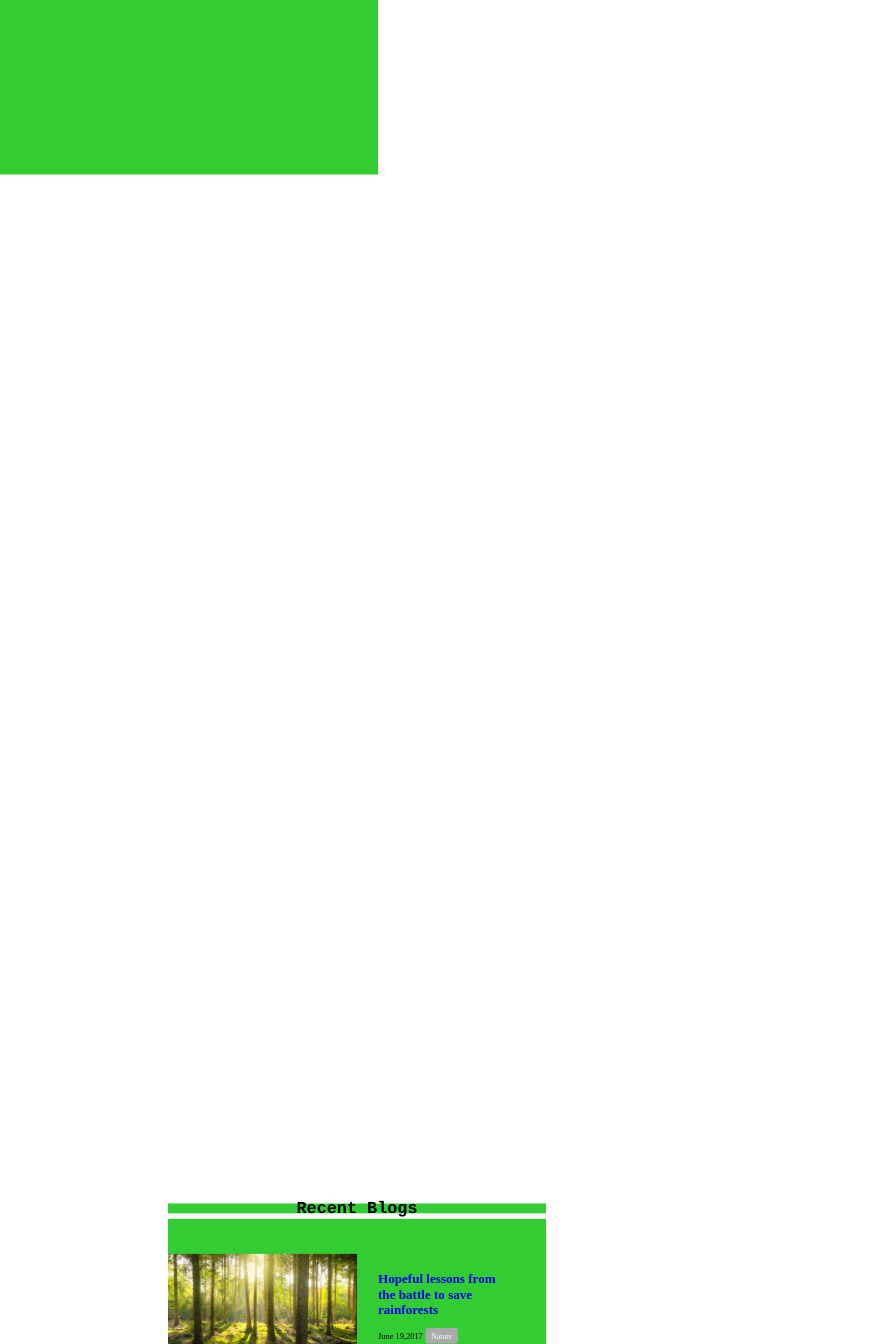
Repository: wakasugisatoi/git
Page: caravan/index2.html
The author's editor kept a record of every edit. The page is drawn from the files as they stood at one moment, then again after the next edit.
The browser window is 1280 px wide. The pictures show the part of the page from y = 1555 to 3475 px (the page is 6265 px tall), at 70% of full size.
Some web libraries are served in a nearby version.

Above is the page before.

After the next edit:
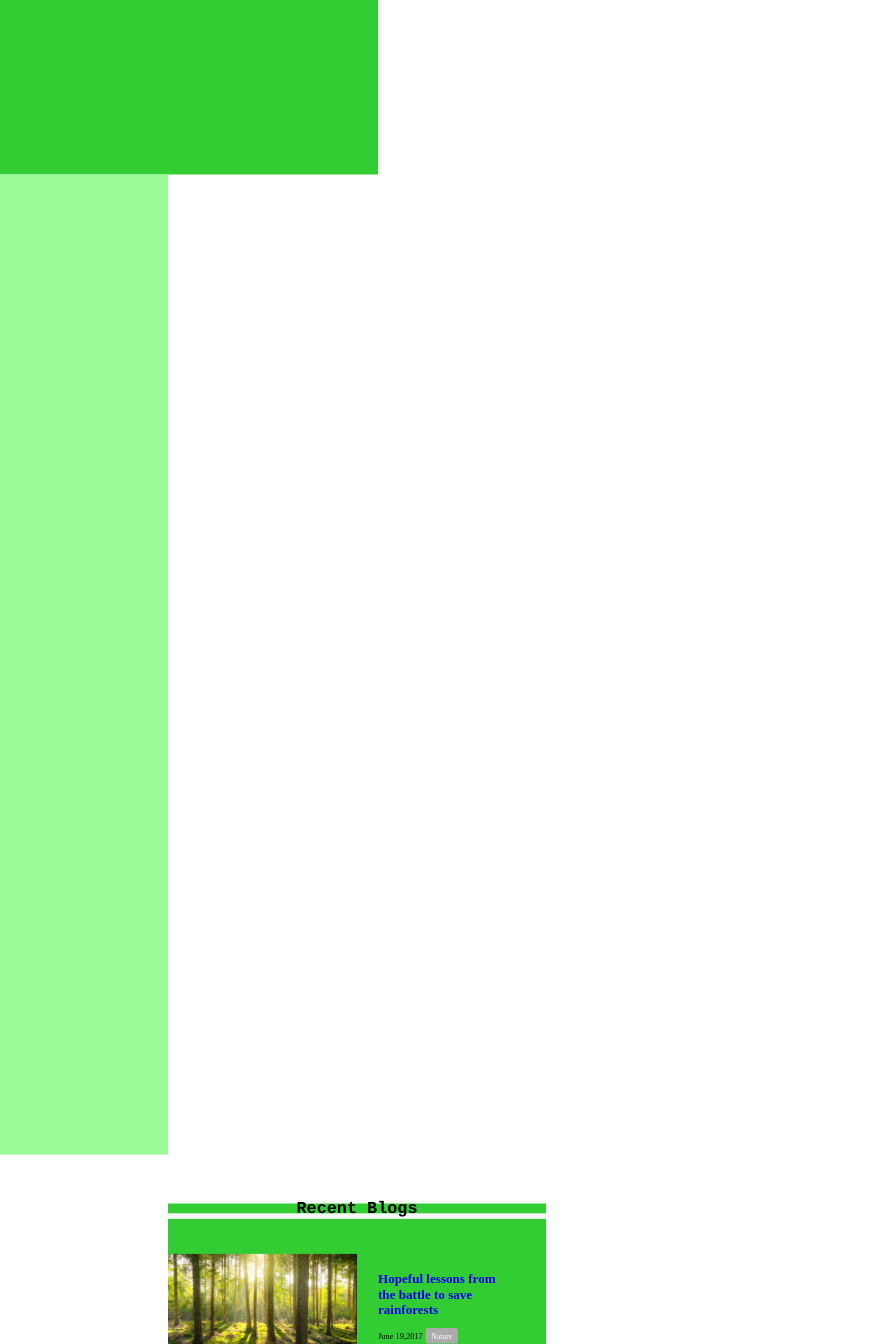
The edit:
--- a/caravan/style2.css
+++ b/caravan/style2.css
@@ -166,7 +166,7 @@
 .sidebar{
   width: 240px;
   height: 1400px;
-  /*background-color: palegreen;*/
+  background-color: palegreen;
 }
 
 /*.common-heading{*/
